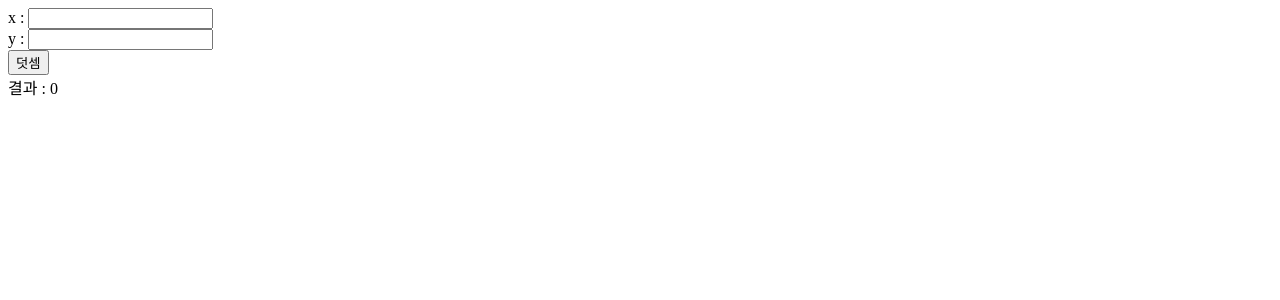
Repository: bluesky3268/Servlet_Jsp
Page: JSPPrj/WebContent/calc.html
The author's editor kept a copy of each file at every save. The page is drawn from the files as they stood at one save, then again after the next save.
The browser window is 1280 px wide. The pictures show the whole page.

Above is the page before, as saved 2021-02-18 00:37:03.

### JSPPrj/WebContent/calc.html
<!DOCTYPE html>
<html>
<head>
<meta charset="UTF-8">
<title>Insert title here</title>
</head>
<body>
	<form action="calc" method ="post">
		<div>
			<label>x : </label>
			<input type="text" name="x"/>
		</div>
		<div>
			<label>y : </label>
			<input type="text" name="y"/>
		</div>
		<div>
			<input type="submit" value="덧셈">
		</div>
		<div>
			결과 : 0
		</div>
	</form>
</body>
</html>

After the next save:
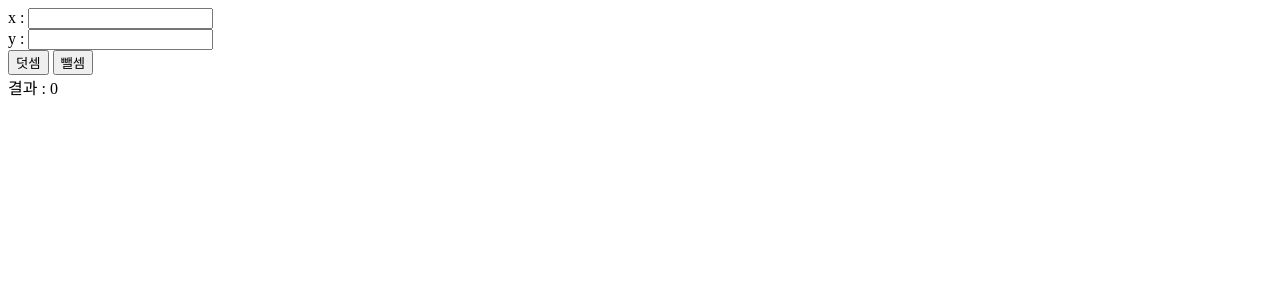
Saved 21 s later.
--- a/JSPPrj/WebContent/calc.html
+++ b/JSPPrj/WebContent/calc.html
@@ -16,6 +16,7 @@
 		</div>
 		<div>
 			<input type="submit" value="덧셈">
+			<input type="submit" value="뺄셈">
 		</div>
 		<div>
 			결과 : 0
